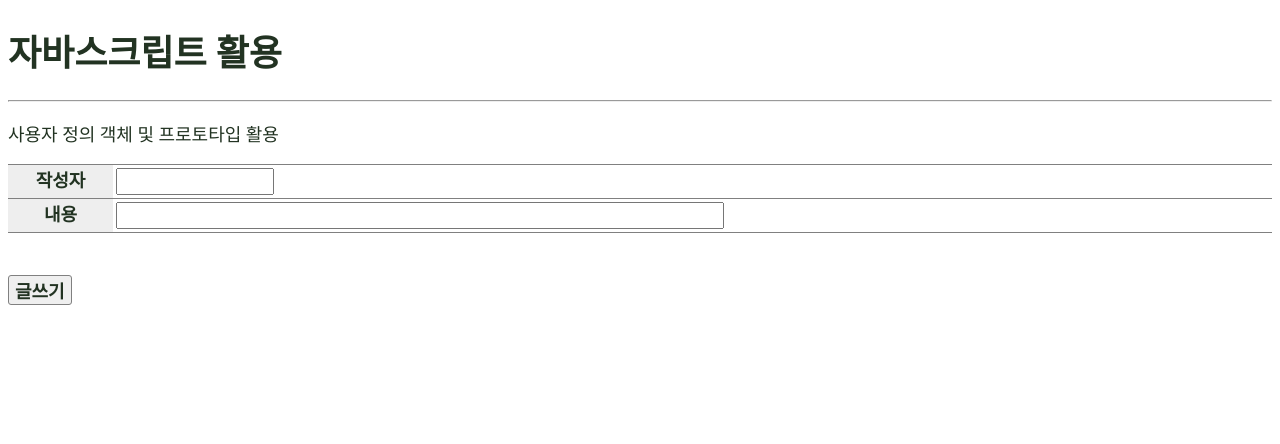
Repository: god5228god/Jsp
Page: WebApp03/WebContent/Test041.html
These files come from the project's save history. The page is drawn as it stood at one moment and after the next save; the edit follows.
The browser window is 1280 px wide. The pictures show the whole page.

Above is the page before, as saved 2026-02-26 05:16:46.

After the next save:
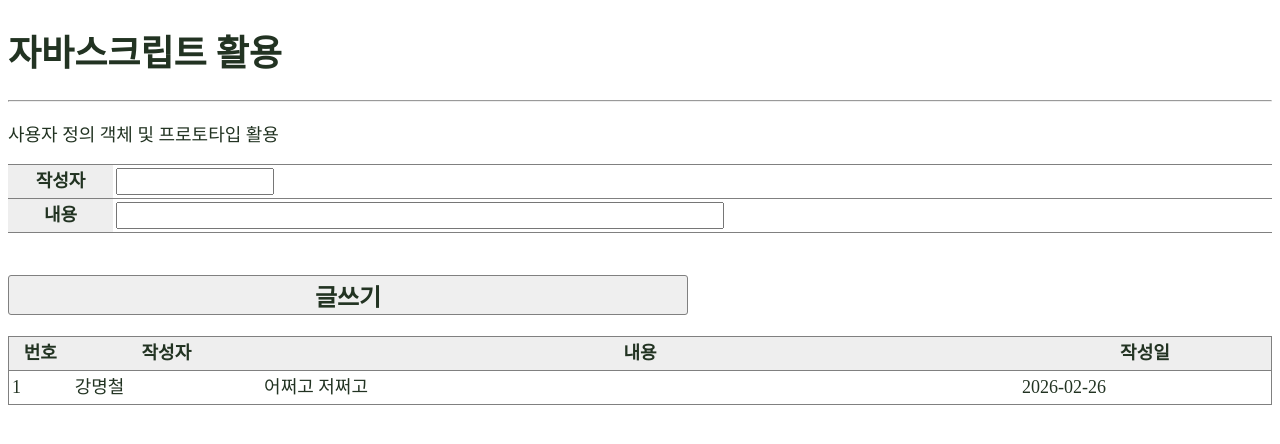
Saved 3 min 24 s later.
--- a/WebApp03/WebContent/Test041.html
+++ b/WebApp03/WebContent/Test041.html
@@ -33,7 +33,24 @@
 				</tr>
 			</table>
 			<br><br>
-			<input type="button" class="btn control" value="글쓰기" />
+			<input type="button" class="btn control" value="글쓰기" style="width: 680px; height: 40px; font-size: 18pt;" />
+			<br><br>
+
+			<!-- 리스트 형식으로 내용을 볼 수 잇도록 구성하는 레이아웃 테이블 -->
+			<table class="table" border="1" id="bbsTable">
+				<tr>
+					<th style="width: 5%;">번호</th>
+					<th style="width: 15%;">작성자</th>
+					<th style="width: 60%;">내용</th>
+					<th style="width: 20%;">작성일</th>
+				</tr>
+				<tr>
+					<td>1</td>
+					<td>강명철</td>
+					<td>어쩌고 저쩌고</td>
+					<td>2026-02-26</td>
+				</tr>
+			</table>
 		</form>
 	</div>
 </div>
